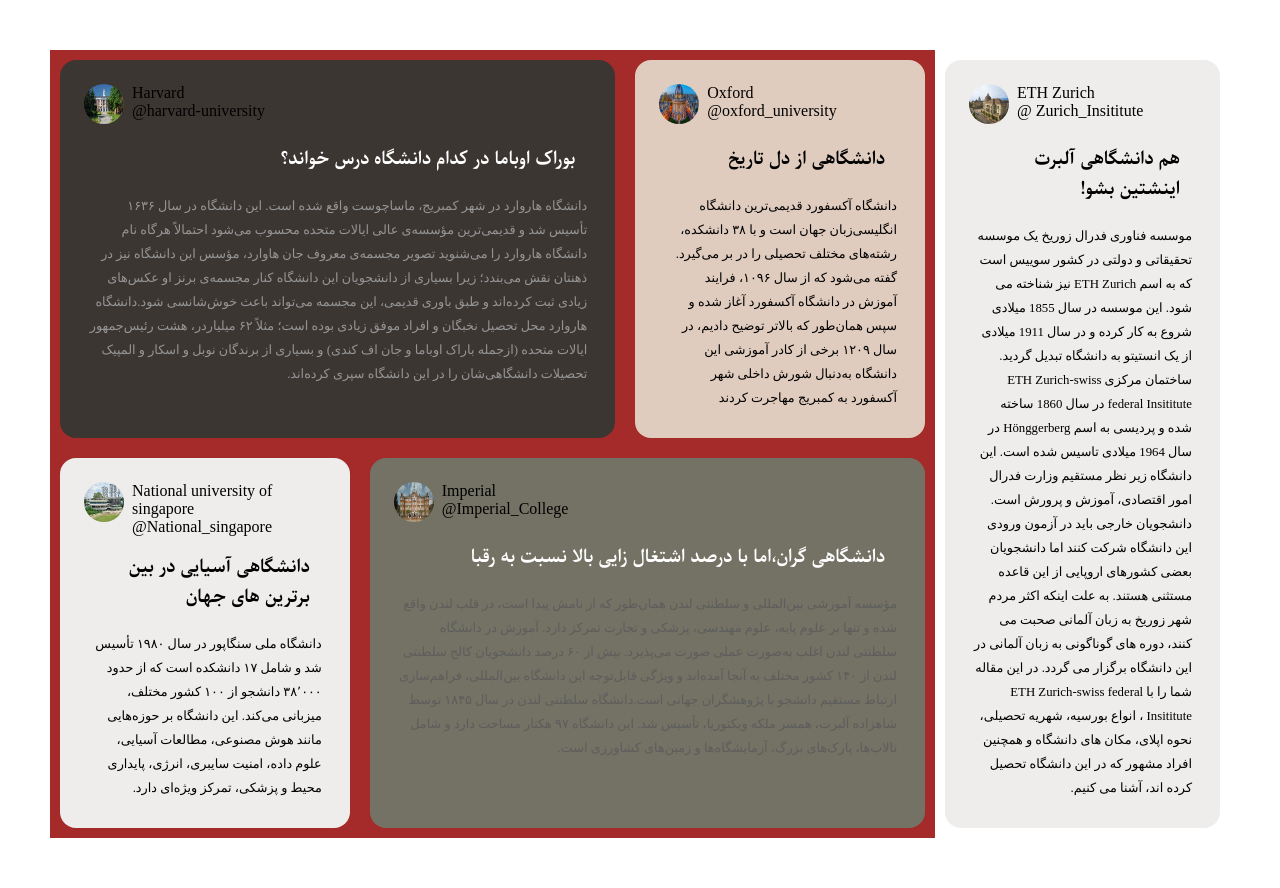
Repository: rahanwz/cards
Page: cards.html
These files come from the project's save history. The page is drawn as it stood at one moment and after the next save; the edit follows.
The browser window is 1280 px wide. The pictures show the whole page.

Above is the page before, as saved 2024-02-17 16:00:38.

After the next save:
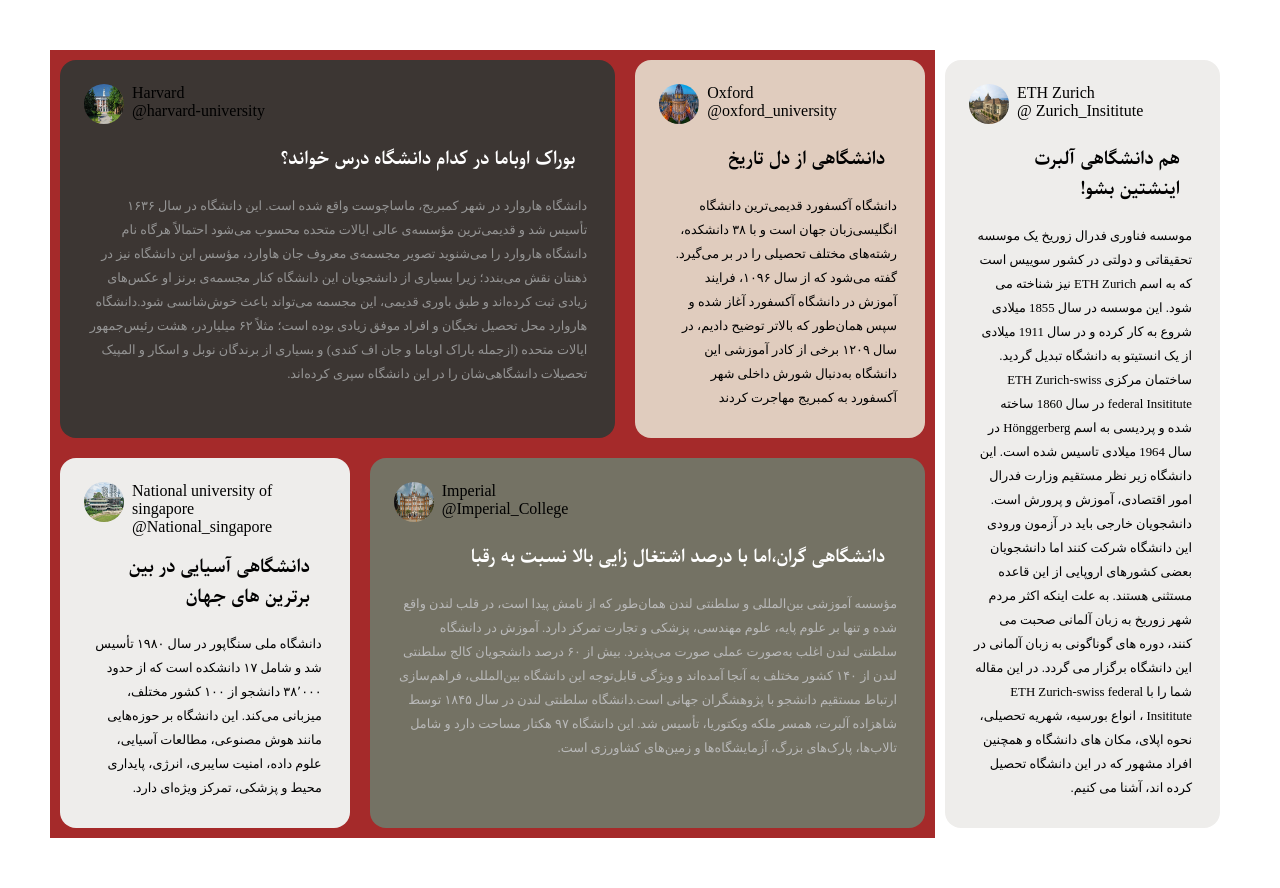
Saved 55 s later.
--- a/cards.html
+++ b/cards.html
@@ -113,7 +113,7 @@
             <div class="descrip1" style="color: #ffffff;">
               دانشگاهی گران،اما با درصد اشتغال زایی بالا نسبت به رقبا
             </div>
-            <div class="descrip2" style="color: #5d5d5d;">
+            <div class="descrip2" style="color: #b9b9b9;">
               مؤسسه آموزشی بین‌المللی و سلطنتی لندن همان‌طور که از نامش پیدا
               است، در قلب لندن واقع شده و تنها بر علوم پایه، علوم مهندسی، پزشکی
               و تجارت تمرکز دارد. آموزش در دانشگاه سلطنتی لندن اغلب به‌صورت عملی
